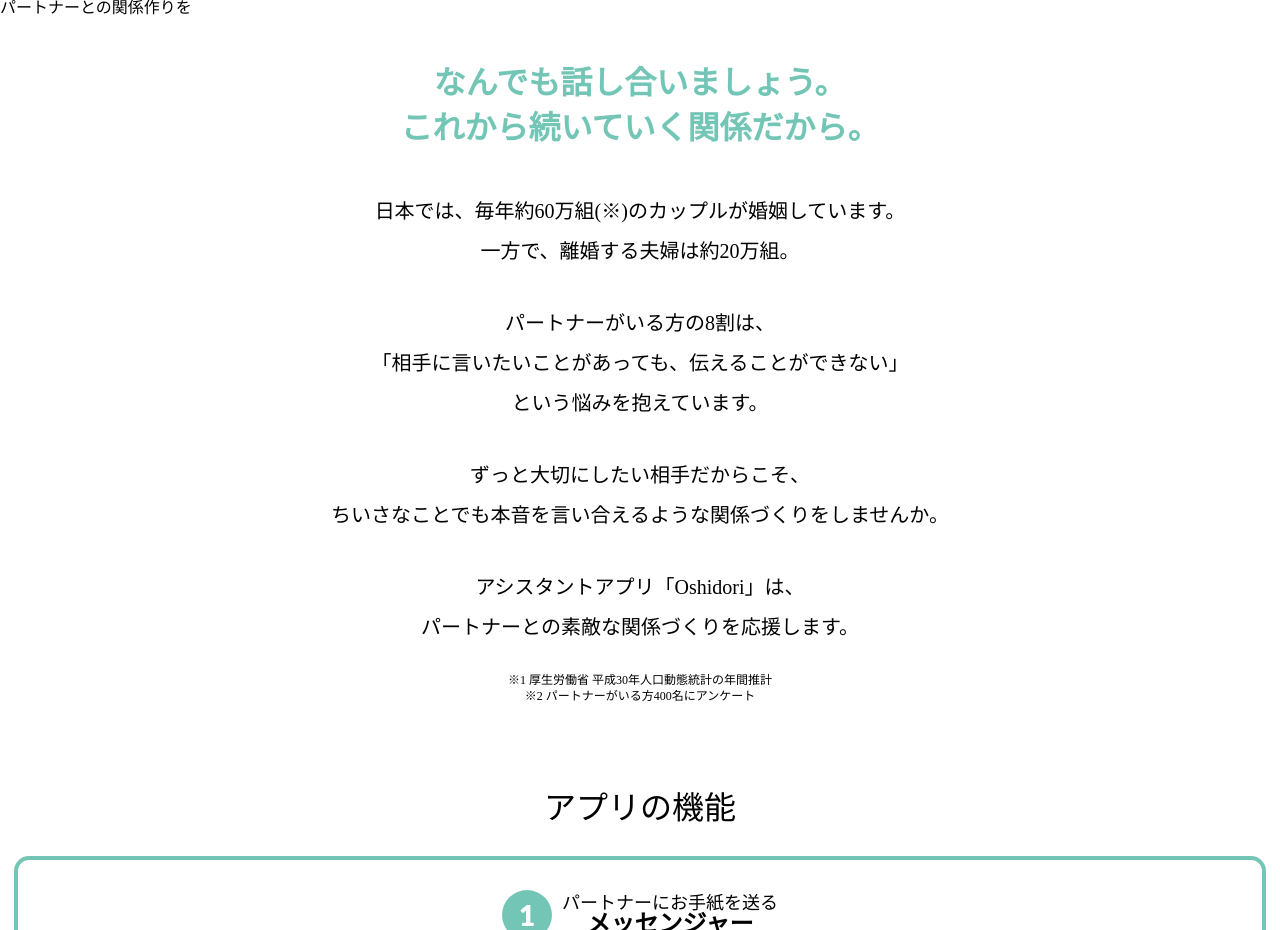
Repository: YamaTatsu10969/Oshidori_LP
Page: Oshidori.html
These files come from the project's save history. The page is drawn as it stood at one moment and after the next save; the edit follows.
The browser window is 1280 px wide. The pictures show the part of the page from y = 0 to 930 px (the page is 2510 px tall before and 2526 px after).
A picture or video elsewhere on the page could not be fetched, so the positions and the page height are approximate.

Above is the page before, as saved 2019-05-26 00:06:47.

### Oshidori.html
<!DOCTYPE html>
<html lang="ja">

<head>
    <meta charset="utf8" />
    <meta data-n-head="true" data-hid="viewport" name="viewport" content="width=device-width, initial-scale=1" />

    <!-- 外部CSS読み込み -->
    <link rel="stylesheet" type="text/css" href="Oshidori.css" />
    <link rel="stylesheet" type="text/css" href="reset.css" />
    <title>Oshidori</title>
</head>

<body>

    <div class="header">
        <div class="subtitle">
            <p>パートナーとの関係作りを</p>
            <p></p>
        </div>
    </div>

    <div class="common-container">
        <div class="couple-discription-title">
            <p>
                なんでも話し合いましょう。
            </p>
            <p>これから続いていく関係だから。</p>
        </div>
        <div class="couple-discription">
            <p>日本では、毎年約60万組(※)のカップルが婚姻しています。</p>
            <p>一方で、離婚する夫婦は約20万組。</p>
            <br /><br />
            <p>パートナーがいる方の8割は、</p>
            <p>「相手に言いたいことがあっても、伝えることができない」</p>
            <p>という悩みを抱えています。</p>
            <br /><br />
            <p>ずっと大切にしたい相手だからこそ、</p>
            <p>
                ちいさなことでも本音を言い合えるような関係づくりをしませんか。
            </p>
            <br /><br />
            <p>アシスタントアプリ「Oshidori」は、</p>
            <p>パートナーとの素敵な関係づくりを応援します。</p>
        </div>
        <div class="data-annotation">
            <p>
                ※1 厚生労働省 平成30年人口動態統計の年間推計
            </p>
            <p>
                ※2 パートナーがいる方400名にアンケート
            </p>
        </div>
    </div>

    <div class="common-container">
        <div class="category-title">アプリの機能</div>
        <div class="function-container">
            <div class="function-title-container">
                <div class="function-number-container">
                    <div class="function-number-circle">
                        <p class="function-number">1</p>
                    </div>
                </div>
                <div class="function-title-box">
                    <p class="function-sub-title">パートナーにお手紙を送る</p>
                    <p class="function-main-title">メッセンジャー</p>
                </div>
            </div>
            <div class="function-second-container">
                <div class="discription-container">
                    <p class="discription">
                        キャラクター「おしどりちゃん」に、<br />パートナーに言いたいことを伝えましょう。<br /><br />日々の感謝も、<br />ごめんなさいも、<br />直接は言いにくいことも。<br /><br />おしどりちゃんがあなたに代わって<br />メッセージをお届けします。
                    </p>
                </div>
                <div class="screenshot-container">
                    <img class="screenshot"
                        src="https://storage.googleapis.com/production-os-assets/assets/b4ccea48-72f2-408b-b13f-607bd91c3bba" />
                </div>
            </div>
        </div>
        <div class="function-container">
            <div class="function-title-container">
                <div class="function-number-container">
                    <div class="function-number-circle">
                        <p class="function-number">2</p>
                    </div>
                </div>
                <div class="function-title-box">
                    <p class="function-sub-title">みんなのお手紙が見れる</p>
                    <p class="function-main-title">タイムライン</p>
                </div>
            </div>
            <div class="function-second-container">
                <div class="discription-container">
                    <p class="discription">
                        「みんなは、どんな風にパートナーと<br />コミュニケーションを取っているんだろう」
                        <br /><br />アプリでは、他のひとがどんなことを日々<br />パートナーに伝えているのか<br />匿名のタイムラインを見ることができます。<br /><br />ありがとうのバリエーションを増やしたり、<br />パートナーへのお願いごとの参考にしたり。<br /><br />いいねの話する？どうしよ。
                    </p>
                </div>
                <div class="screenshot-container">
                    <img class="screenshot"
                        src="https://storage.googleapis.com/production-os-assets/assets/b410fa60-d9aa-4390-a7ce-60d663a021e7" />
                </div>
            </div>
        </div>
    </div>

    <div class="common-container">
        <div class="couple-discription-title">
            <p>
                はじめよー！
            </p>
        </div>
        <div class="app-store-container">
            <img
                src="https://storage.googleapis.com/production-os-assets/assets/0e5cd2e5-9d30-45c1-a054-06c7d8aa53ff" />
        </div>
    </div>

    <div class="common-container">
        <div class="category-title">
            制作者紹介
        </div>
        <div class="developer-container"></div>
    </div>

</body>

</html>

### Oshidori.css
@charset "UTF-8";


@media screen and (max-width: 750px) {
    .header>.subtitle {
        font-size: 24px;
        width: 100%;
        max-width: 100%;
    }
}

















/* なんでも話し合いましょう、のところ*/
.couple-discription-title {
    padding: 20px;
}

@media screen and (max-width: 750px) {
    .couple-discription-title {
        padding: 10px;
    }
}

div.couple-discription-title>p {
    line-height: 1.4;
    font-weight: 700;
    font-size: 32px;
    color: #73c6b6;
    text-align: center;
}

/* 480px以下、モバイル用。 */
@media screen and (max-width: 750px) {
    div.couple-discription-title>p {
        line-height: 1.4;
        font-weight: 700;
        font-size: 24px;
        color: #73c6b6;
        text-align: center;
    }
}

/* 説明のところ */
.couple-discription {
    padding: 20px 16px 20px 16px;
}

@media screen and (max-width: 750px) {
    .couple-discription {
        padding: 15px 10px 15px 10px;
    }
}

div.couple-discription>p {
    font-size: 20px;
    line-height: 2;
    text-align: center;
}

/* 480px以下、モバイル用。 */
@media screen and (max-width: 750px) {
    div.couple-discription>p {
        font-size: 14px;
        line-height: 1.8;
        text-align: center;
    }
}

/* アンケートの注意書き */
.data-annotation {
    padding: 5px 0px 5px 0px;
}

div.data-annotation>p {
    font-size: 12px;
    line-height: 1.4;
    text-align: center;
}

/* 480px以下、モバイル用。 */
@media screen and (max-width: 750px) {
    div.data-annotation>p {
        font-size: 9px;
        line-height: 1.2;
        text-align: center;
    }
}

/* アプリの機能すべて、なんでも〜、すべて */
.common-container {
    padding: 25px 0px 25px 0px;
    min-width: calc(100% - 300px);
}

/* 480px以下、モバイル用。 */
@media screen and (max-width: 750px) {
    .common-container {
        padding: 10px 0px 10px 0px;
        min-width: calc(100% - 100px);
    }
}

/* アプリの機能、とかのタイトル */
.category-title {
    font-size: 32px;
    text-align: center;
    margin: 32px 0px 32px 0px;
}

@media screen and (max-width: 750px) {
    .category-title {
        font-size: 20px;
        text-align: center;
        margin: 20px 0px 20px 0px;
    }
}

/*みどりわく*/
.function-container {
    align-content: center;
    border-bottom: solid 4px #73c6b6;
    border-left: solid 4px #73c6b6;
    border-right: solid 4px #73c6b6;
    border-top: solid 4px #73c6b6;
    border-radius: 15px;
    padding: 20px 20px 30px 20px;
    display: flex;
    flex-direction: column;
    align-items: center;
    margin: 0px 14px 20px 14px;
}

/* 機能のタイトル部分のコンテナ。 */
.function-title-container {
    display: flex;
    flex-direction: row;
    align-items: center;
    padding: 10px;
}

.function-title-box {
    display: flex;
    flex-direction: column;
    align-items: center;
    margin-left: 10px;
}

/* パートナーとのやりとり */
.function-sub-title {
    font-size: 18px;
}

/* 480px以下、モバイル用。 */
@media screen and (max-width: 750px) {
    .function-sub-title {
        font-size: 14px;
    }
}

/* メッセージ機能 */
.function-main-title {
    font-size: 24px;
    font-weight: 700;
}

/* 480px以下、モバイル用。 */
@media screen and (max-width: 750px) {
    .function-main-title {
        font-size: 18px;
        font-weight: 700;
    }
}

.function-number-container {
    align-content: center;
    align-items: center;
    background: #73c6b6;
    border-radius: 50%;
    flex: none;
    flex-direction: column;
    flex-wrap: nowrap;
    height: 50px;
    justify-content: center;
    width: 50px;
}

/* 480px以下、モバイル用。 */
@media screen and (max-width: 750px) {
    .function-number-container {
        align-content: center;
        align-items: center;
        background: #73c6b6;
        border-radius: 50%;
        flex: none;
        flex-direction: column;
        flex-wrap: nowrap;
        height: 30px;
        justify-content: center;
        width: 30px;
    }
}

/* 番号のところ */
.function-number-circle {
    height: 50px;
    width: 50px;
    border-radius: 50%;
    line-height: 50px;
    text-align: center;
}

/* 480px以下、モバイル用。 */
@media screen and (max-width: 750px) {
    .function-number-circle {
        height: 30px;
        width: 30px;
        border-radius: 50%;
        text-align: center;
    }
}

/* まるのなかの数字 */
.function-number {
    color: #ffffff;
    font-family: Lato;
    font-size: 28px;
    font-weight: 900;
    height: 50px;
    width: 50px;
    line-height: 50px;
    text-align: center;
    max-width: 100%;
    justify-content: center;
}

/* 480px以下、モバイル用。 */
@media screen and (max-width: 750px) {
    .function-number {
        color: #ffffff;
        font-family: Lato;
        font-size: 12px;
        font-weight: 700;
        height: 30px;
        width: 30px;
        line-height: 30px;
        text-align: center;
        max-width: 100%;
        justify-content: center;
    }
}

/* 機能の説明と画像のcontainer */
/* スマホ用 */
.function-second-container {
    display: flex;
    flex-direction: column-reverse;
    /*縦*/
    align-items: center;
    padding: 10px 0px 10px 0px;
    flex-wrap: nowrap;
    justify-content: space-between;
}

/* 480px以上はPC用レイアウト */
@media screen and (min-width: 750px) {

    /* むむ、これだけminになっちゃっとる…*/
    .function-second-container {
        display: flex;
        flex-direction: row;
        /* 横 */
        align-items: center;
        padding: 20px 0px 30px 0px;
        justify-content: space-between;
    }
}

/* アプリの細かい説明のところ、pタグ */
.discription {
    font-size: 20px;
    line-height: 1.8;
}

/* 480px以下、モバイル用。 */
@media screen and (max-width: 750px) {
    .discription {
        font-size: 14px;
        text-align: center;
        margin-top: 10px;
        margin-bottom: 10px;
    }
}

.screenshot-container {
    display: flex;
    align-items: center;
    justify-content: center;
    max-width: calc(100% - 50px);
    width: 315px;
    margin: 10px 0px 10px 0px;
}

/* 480px以下、モバイル用。 */
@media screen and (max-width: 750px) {
    .screenshot-container {
        display: flex;
        align-items: center;
        justify-content: center;
        max-width: calc(100% - 20px);
        width: 150px;
        margin: 10px 0px 10px 0px;
    }
}

.screenshot {
    border: solid 1px #434645;
    border-radius: 5px;
    height: auto;
    width: 222px;
    max-width: 100%;
}

/* appstoreのボタン */
.app-store-container {
    text-align: center;
    /* ここから！ */
}

div.app-store-container>img {
    height: auto;
    width: 205px;
    max-width: 100%;
}

/*制作者のところの緑枠*/
.developer-container {
    align-content: center;
    border-bottom: solid 4px #73c6b6;
    border-left: solid 4px #73c6b6;
    border-right: solid 4px #73c6b6;
    border-top: solid 4px #73c6b6;
    border-radius: 15px;
    padding: 20px 20px 30px 20px;
    display: flex;
    flex-direction: row;
    align-items: center;
    margin: 0px 14px 20px 14px;
}

.function-description {
    flex-direction: column;
}

.function-description-text {
    align-content: center;
}

### reset.css
@charset "UTF-8";

html,
body,
div,
span,
object,
iframe,
h1,
h2,
h3,
h4,
h5,
h6,
p,
blockquote,
pre,
abbr,
address,
cite,
code,
del,
dfn,
em,
ins,
kbd,
q,
samp,
small,
strong,
sub,
sup,
var,
b,
i,
dl,
dt,
dd,
ol,
ul,
li,
fieldset,
form,
label,
legend,
table,
caption,
tbody,
tfoot,
thead,
tr,
th,
td,
article,
aside,
canvas,
details,
figcaption,
figure,
footer,
header,
hgroup,
menu,
nav,
section,
summary,
time,
mark,
audio,
video {
    margin: 0;
    padding: 0;
    border: 0;
    outline: 0;
    font-size: 100%;
    vertical-align: baseline;
    background: transparent;
    font-weight: normal;
}

img {
    margin: 0;
    padding: 0;
    border: 0;
    outline: 0;
    font-size: 100%;
    vertical-align: bottom;
    background: transparent;
}

/* HTML5 display-role reset for older browsers */
article,
aside,
details,
figcaption,
figure,
footer,
header,
hgroup,
menu,
nav,
section {
    display: block;
}

body {
    line-height: 1;
}

ol,
ul {
    list-style: none;
}

blockquote,
q {
    quotes: none;
}

blockquote:before,
blockquote:after,
q:before,
q:after {
    content: '';
    content: none;
}

table {
    border-collapse: collapse;
    border-spacing: 0;
}

ol,
ul {
    list-style: none;
}

blockquote,
q {
    quotes: none;
}

a {
    margin: 0;
    padding: 0;
    font-size: 100%;
    vertical-align: baseline;
    background: transparent;
    text-decoration: none;
}

ins {
    background-color: #ff9;
    color: #000;
    text-decoration: none;
}

.clearfix:after {
    content: ".";
    display: block;
    height: 0;
    clear: both;
    visibility: hidden;
}

.clearfix {
    display: inline-table;
    min-height: 1%;
}

.clear {
    clear: both;
}

After the next save:
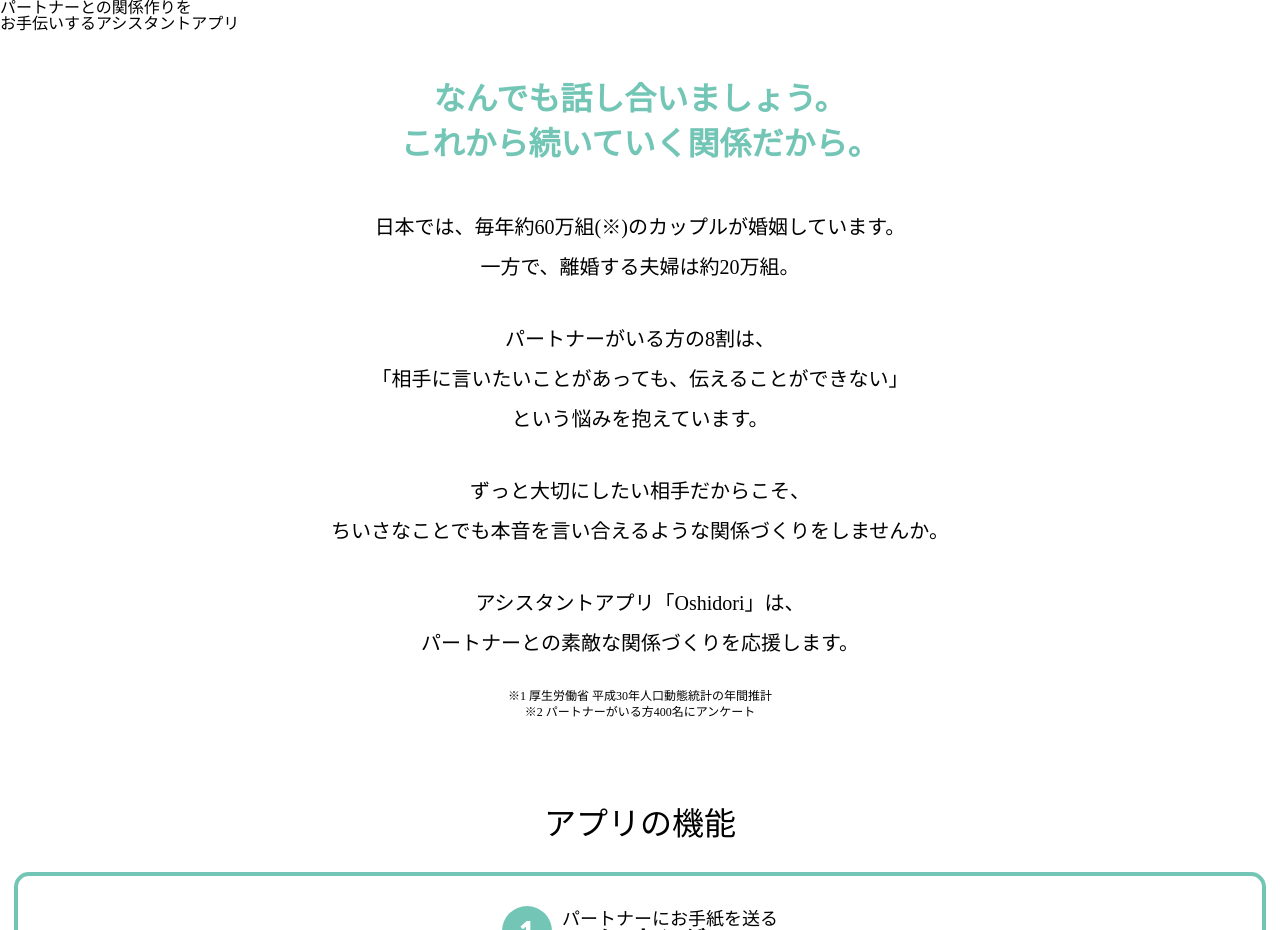
Saved 7 s later.
--- a/Oshidori.html
+++ b/Oshidori.html
@@ -16,7 +16,7 @@
     <div class="header">
         <div class="subtitle">
             <p>パートナーとの関係作りを</p>
-            <p></p>
+            <p>お手伝いするアシスタントアプリ</p>
         </div>
     </div>
 
